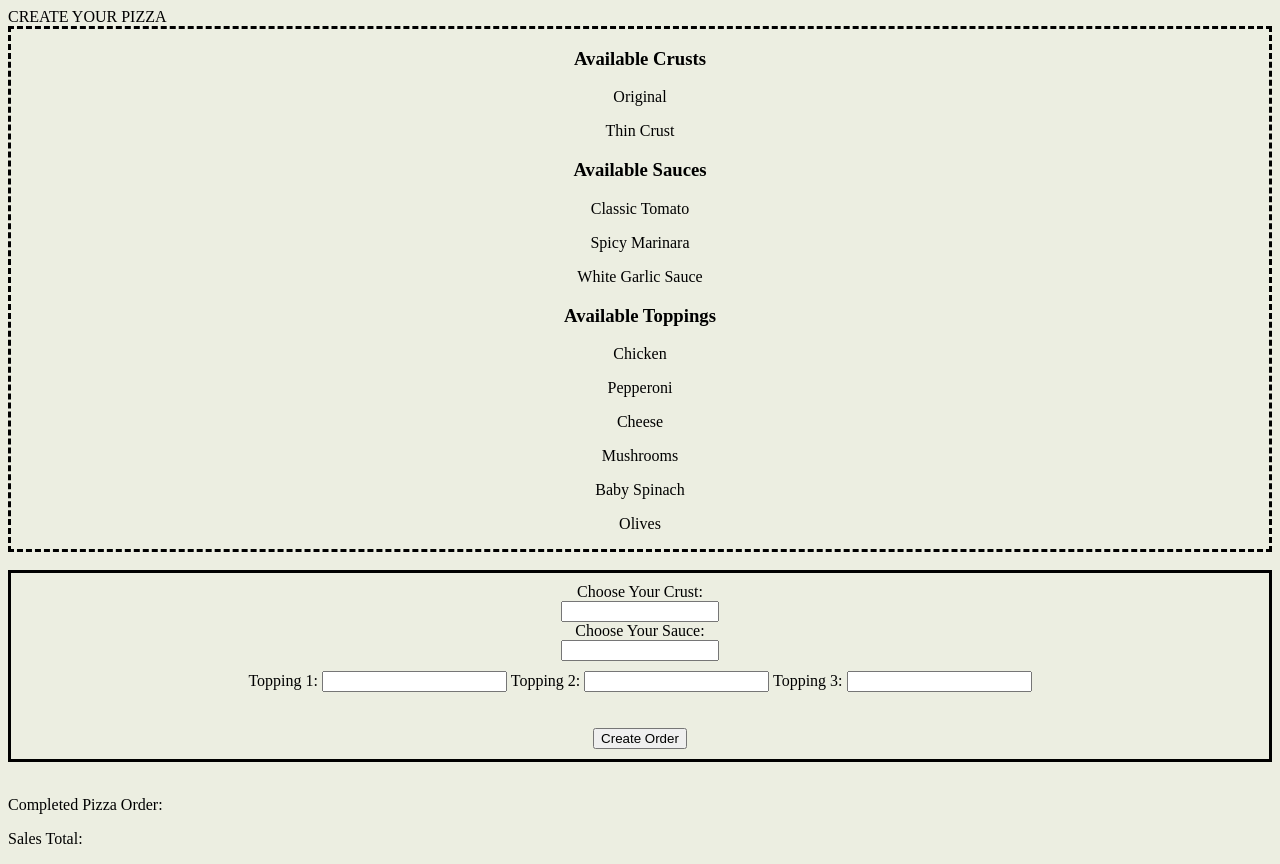
Repository: EmmanuelMefor/Pizza-order
Page: index.html
The author's editor kept a copy of each file at every save. The page is drawn from the files as they stood at one save, then again after the next save.
The browser window is 1280 px wide. The pictures show the whole page.
Some web fonts or font styles are not loaded; a fallback is used.

Above is the page before, as saved 2024-01-05 20:50:54.
Console error: ReferenceError: Btn is not defined

### index.html
<!DOCTYPE  html>
<html>
    <head>
        <title>Lesson 10 Final</title>
        <meta charset="utf-8">
        <link rel="stylesheet" href="style.css">
        <link rel="preconnect" href="https://fonts.gstatic.com">
        <link href="https://fonts.googleapis.com/css2?family=Goldman:wght@400;700&display=swap" rel="stylesheet">
    </head>
    <body>
        <div> CREATE YOUR PIZZA </div>
        <div class="createOrder">
            <h3>Available Crusts</h3>
            <p>Original</p>
            <p>Thin Crust</p>




            <h3>Available Sauces</h3>
            <p>Classic Tomato</p>
            <p>Spicy Marinara</p>
            <p>White Garlic Sauce</p>




            <h3 class>Available Toppings</h3>
            <p>Chicken</p>
            <p>Pepperoni</p>
            <p>Cheese</p>
            <p>Mushrooms</p>
            <p>Baby Spinach</p>
            <p>Olives</p>
        </div>

    </br>

    <div class="form">
        <form>
          <div class="stacked-fields">
            <label for="crust">Choose Your Crust:</label>
            <input type="text" id="crust"  class="small-input" />
            <label for="sauce">Choose Your Sauce:</label>
            <input type="text" id="sauce"  class="small-input" />
          </div>
          <div class="inline-fields">
            <label for="Topping1">Topping 1:</label>
            <input type="text" id="Topping1">
            <label for="Topping2">Topping 2:</label>
            <input type="text" id="Topping2">
            <label for="Topping3">Topping 3:</label>
            <input type="text" id="Topping3">
          </div>
          <br />
          <br />
          <button type="submit" id="btn">Create Order</button>
        </form>
      </div>

        </br>

            <div id="Order">
                <p>Completed Pizza Order:</p>

            <div id="pizzaOrder">
                </div>

                <div id="toppings">
                    <p>Sales Total:</p>

                    <div id="total$">
                </div>

                </div>

                 <script src="script.js"></script>
                </body>

                </html>

### style.css
body {
  background-color: #eceee1;
}

.createOrder {
  text-align: center;
  border-style: dashed;
}

form {
  border: px;
  padding-top: 10px;
  padding-right: 10px;
  padding-left: 10px;
  padding-bottom: 10px;
  text-align: center;
  border-style: solid;
  display: block;
}

.stacked-fields {
  display: flex;
  flex-direction: column;
  margin-bottom: 10px; /* Adjust the space between stacked fields */
  align-items: center;
}

.small-input {
  width: 150px; /* Adjust the width of the input fields */
}

.T {
  border-style: dotted;
  border-width: 5px;
  text-align: center;
}

.s {
  text-align: center;
  border-style: double;
}

### script.js
// Global variables
var crust = document.getElementById("crust");

var sauce = document.getElementById("sauce");

// toppings array
var topping = [
  "chicken",
  "Pepperoni",
  "Cheese",
  "Mushrooms",
  "BabySpinach",
  "Olives",
];
for (var i = 0; i < topping.length; i++)
  // event listener
  var formButton = document.getElementById("btn");
Btn.addEventListener("click", function calculateTotal(toppings) {
  event.preventDefault();

  //   var topping 1 = document.getElementById ("t1").value;
  //   var topping 2 = document.getElementById ("t2").value;
  //   var topping 3 = document.getElementById ("t3").value;
});

function calculateTotal(toppings) {
  let total = 0;
  let toppingCost = 2.5;
  let baseCost = 5.5; // cost of crust and sauce

  // order string concatenation

  let orderString = crust + sauce[i];

  let toppingString = "Toppings: ";

  // For Loop
  total = total + toppingCost;
  toppingString = toppingString + toppingArray[i];

  // total = baseCost + cost of all toppings
  total = total + baseCost;

  // set DOM total += total
  document.getElementById("total" + "$").innerHTML = total;
  // use DOM: = orderString
  document.getElementById("pizzaOrders").innerHTML = order;
  // use DOM: = toppingString
  document.getElementById("toppings").innerHTML = toppings;
}

After the next save:
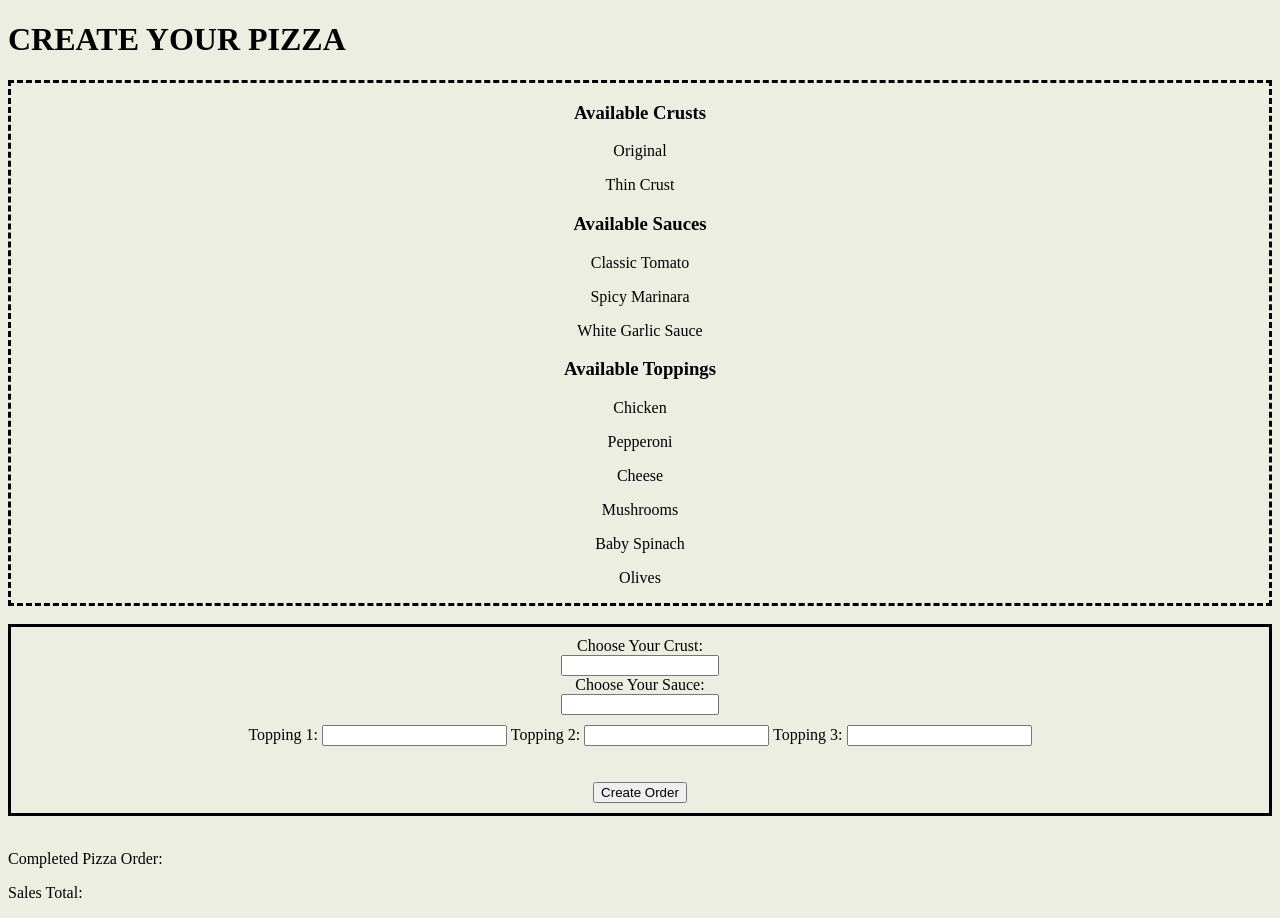
Saved 88 s later.
--- a/index.html
+++ b/index.html
@@ -8,7 +8,7 @@
         <link href="https://fonts.googleapis.com/css2?family=Goldman:wght@400;700&display=swap" rel="stylesheet">
     </head>
     <body>
-        <div> CREATE YOUR PIZZA </div>
+        <div> <h1>CREATE YOUR PIZZA </h1></div>
         <div class="createOrder">
             <h3>Available Crusts</h3>
             <p>Original</p>
